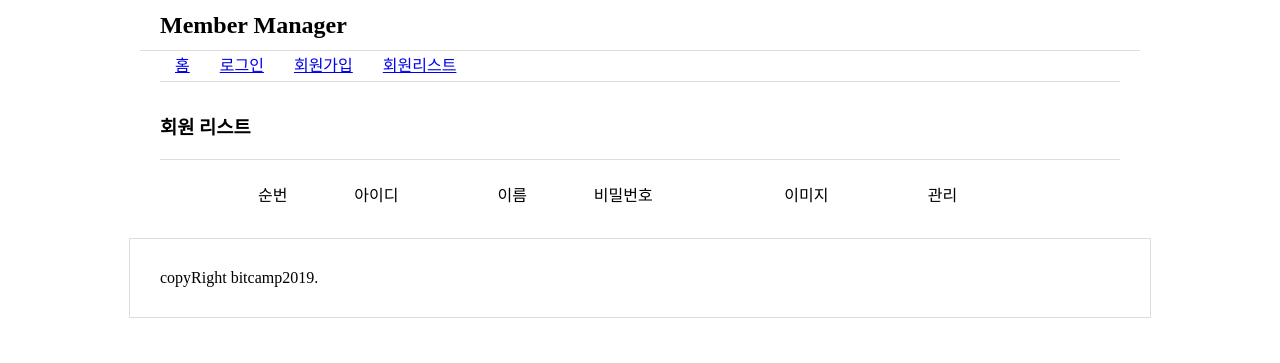
Repository: hhw9797/bitcampjn201904
Page: http://localhost/MemberManager/member/memberlist.jsp
The author's editor kept a copy of each file at every save. The page is drawn from the files as they stood at one save, then again after the next save.
The browser window is 1280 px wide. The pictures show the whole page.
The page is served by Tomcat 9. Other server files are loaded and not shown.

Above is the page before, as saved 2019-06-26 08:07:24.

### html/html5/jsp/MemberManager/WebContent/member/memberlist.jsp
<%@page import="member.MemberInfo"%>
<%@page import="java.util.Enumeration"%>
<%@ page language="java" contentType="text/html; charset=UTF-8"
	pageEncoding="UTF-8"%>
<%
	Enumeration<String> e = application.getAttributeNames();
%>
<!DOCTYPE html>
<html>
<head>
<meta charset="UTF-8">
<title>Insert title here</title>
<script src="https://code.jquery.com/jquery-1.12.4.js"></script>
<link href="/mm/css/default.css" rel="stylesheet" type="text/css">
<style>
	img.sumnail {
		height : 25px;
		margin : 2px;
	}

	table {
		width : 80%;
		margin : 0 auto;
		border : 0;
	}
</style>
</head>
<body>

	<!-- 헤더 시작 -->
	<%@ include file="../frame/header.jsp"%>
	<!-- 헤더 끝 -->


	<!-- 네비게이션 시작 -->
	<%@ include file="../frame/nav.jsp"%>
	<!-- 네비게이션 끝 -->


	<!-- 컨텐츠 시작 -->
	<div id="contents">
		<h3>회원 리스트</h3>
		<hr>
		<table>
			<tr>
				<td>순번</td>
				<td>아이디</td>
				<td>이름</td>
				<td>비밀번호</td>
				<td>이미지</td>
				<td>관리</td>
			</tr>

			<!-- 리스트 반복 시작 -->
			<%
				while (e.hasMoreElements()) {

					String name = e.nextElement();

					Object obj = application.getAttribute(name);

					if (obj instanceof MemberInfo) {
						MemberInfo member = (MemberInfo)obj;
			%>
			<tr>
				<td>순번</td>
				<td><%= member.getuId() %></td>
				<td><%= member.getuName() %></td>
				<td><%= member.getuPW() %></td>
				<td><img class="sumnail" alt="회원 사진" sre="../images/<%= member.getuPhoto()%>"></td>
				<td><a href="#">수정</a> | <a href="#">삭제</a></td>
			</tr>
			<%
				}
				}
			%>
			<!-- 리스트 반복 종료 -->
		</table>

	</div>
	<!-- 컨텐츠 끝 -->


	<!-- 푸터 시작 -->
	<%@ include file="../frame/footer.jsp"%>
	<!-- 푸터 끝 -->

</body>
</html>

### html/html5/jsp/MemberManager/WebContent/frame/header.jsp
<%@ page language="java" contentType="text/html; charset=UTF-8"
    pageEncoding="UTF-8"%>
<div id="header">
	<h2>Member Manager</h2>
</div>

### html/html5/jsp/MemberManager/WebContent/frame/nav.jsp
<%@ page language="java" contentType="text/html; charset=UTF-8"
    pageEncoding="UTF-8"%>
<div id="nav">
	<ul>
		<li><a href="<%= request.getContextPath() %>">홈</a></li>
		<li><a href="<%= request.getContextPath() %>/member/login.jsp">로그인</a></li>
		<li><a href="<%= request.getContextPath() %>/member/memberRegForm.jsp">회원가입</a></li>
		<li><a href="#">회원리스트</a></li>
	</ul>
</div>

### html/html5/jsp/MemberManager/WebContent/frame/footer.jsp
<%@ page language="java" contentType="text/html; charset=UTF-8"
    pageEncoding="UTF-8"%>
<div id="footer">
	copyRight bitcamp2019.
</div>

### html/html5/jsp/MemberManager/src/member/MemberInfo.java
package member;

import java.util.Date;

public class MemberInfo {
	// 각 변수의 저근 제어지시자는 private
		private String uId;
		private String uPW;
		private String uName;
		private String uPhoto;
		private Date regDate;


		// default 생성자 필수
		public MemberInfo() {
			this.regDate = new Date();
		}

		public MemberInfo(String uId, String uPW, String uName, String uPhoto) {
			super();
			this.uId = uId;
			this.uPW = uPW;
			this.uName = uName;
			this.uPhoto = uPhoto;
			this.regDate = new Date();
		}

		// 변수들의 Getter/Setter  시작

		public String getuId() {
			return uId;
		}

		public void setuId(String uId) {
			this.uId = uId;
		}

		public String getuPW() {
			return uPW;
		}

		public void setuPW(String uPW) {
			this.uPW = uPW;
		}

		public String getuName() {
			return uName;
		}

		public void setuName(String uName) {
			this.uName = uName;
		}

		public String getuPhoto() {
			return uPhoto;
		}

		public void setuPhoto(String uPhoto) {
			this.uPhoto = uPhoto;
		}

		public Date getRegDate() {
			return regDate;
		}

		public void setRegDate(Date regDate) {
			this.regDate = regDate;
		}


		// 데이터 확인을 위한 toString 오버라이딩
		@Override
		public String toString() {
			return "MemberInfo [uId=" + uId + ", uPW=" + uPW + ", uName=" + uName + ", uPhoto=" + uPhoto + ", regDate="
					+ regDate + "]";
		}

		// 화면 결과 출력을 위한 HTML 코드 반환
		public String makeHtmlDiv() {
			String str = "";

			str += "<div class=\"mInfor\"> \n";
			str += "	<h3> \n";
			str += "		" + uId + "("+ uName +")\n";
			str += "	</h3> \n";
			str += "	<p> \n";
			str += "		"+ uPW;
			str += "	</p> \n";
			str += "</div> \n";



			return str;
		}

		// MemberInfo 객체 -> LoginInfo 객체 반환
		public LoginInfo toLoginInfo() {

			return new LoginInfo(uId, uName, uPhoto);

		}





}

### html/html5/jsp/MemberManager/WebContent/css/default.css
@charset "UTF-8";

	* {
		margin : 0;
		padding : 0;
	}

	div {
		width : 960px;
		margin : 0 auto;
	}

	#header {
		height: 50px;
		padding : 0 20px;
		border-bottom : 1px solid #DDD;
	}

	#header>h2 {
		line-height: 50px;
	}

	#nav {
		height : 30px;
		border-bottom: 1px solid #DDD;
	}

	#nav>ul {
		overflow : hidden; /* 또는 contents 에서 clear both */
	}

	#nav>ul>li {
		list-style : none;
		float: left;
		padding: 0 15px;

		line-height: 30px;
	}

	#contents {
		padding : 30px;

	}

	hr {
		border: 0;
		border-bottom: 1px solid #DDD;
		margin: 20px 0;
	}

	#footer {
		border: 1px solid #DDD;
		padding: 30px;
	}

After the next save:
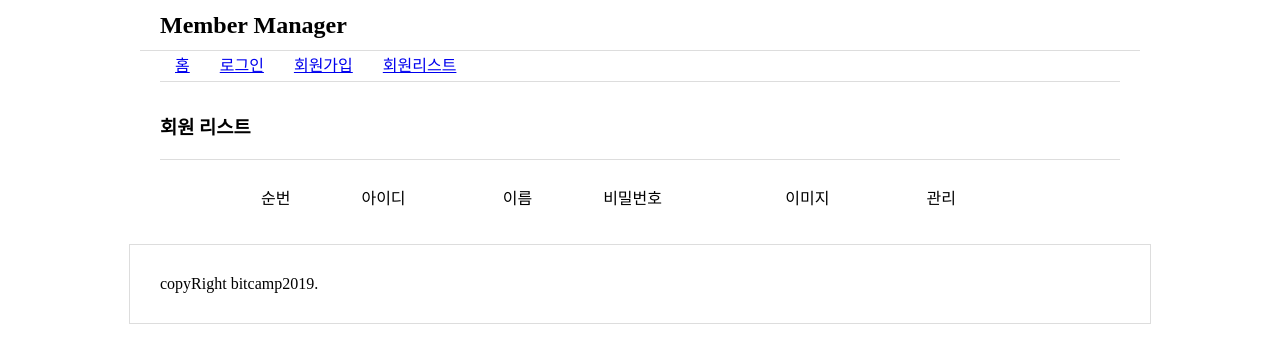
Saved 35 s later.
--- a/html/html5/jsp/MemberManager/WebContent/member/memberlist.jsp
+++ b/html/html5/jsp/MemberManager/WebContent/member/memberlist.jsp
@@ -22,6 +22,10 @@
 		width : 80%;
 		margin : 0 auto;
 		border : 0;
+	}
+
+	table td {
+		padding : 3px;
 	}
 </style>
 </head>
